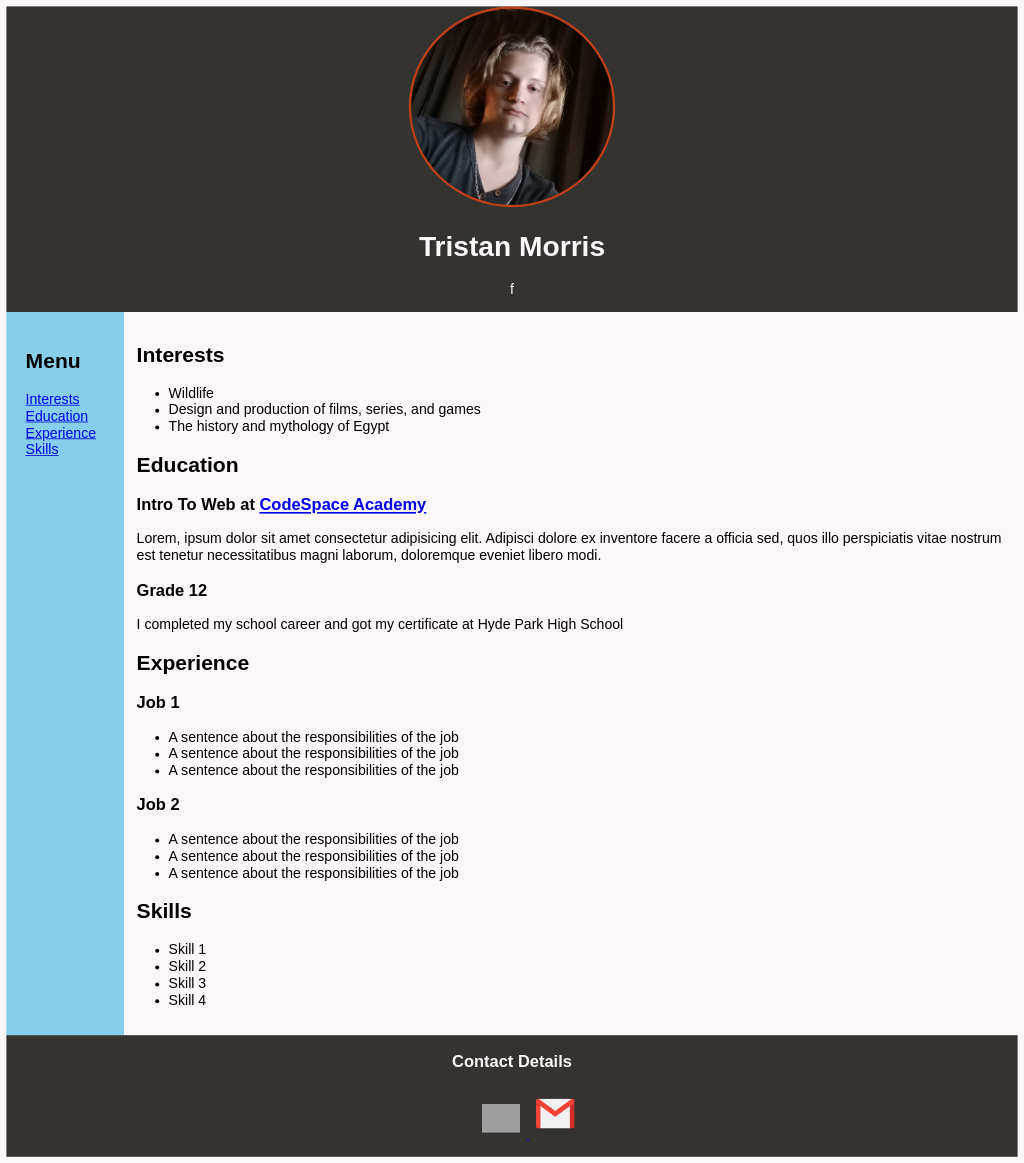
Repository: TristanKMorris/introToWebDesignAssignment
Page: resume.html
The author's editor kept a copy of each file at every save. The page is drawn from the files as they stood at one save, then again after the next save.
The browser window is 1280 px wide. The pictures show the whole page, at 80% of full size.
Pictures or frames that could not be fetched are drawn as grey boxes.

Above is the page before, as saved 2022-06-02 22:11:31.

After the next save:
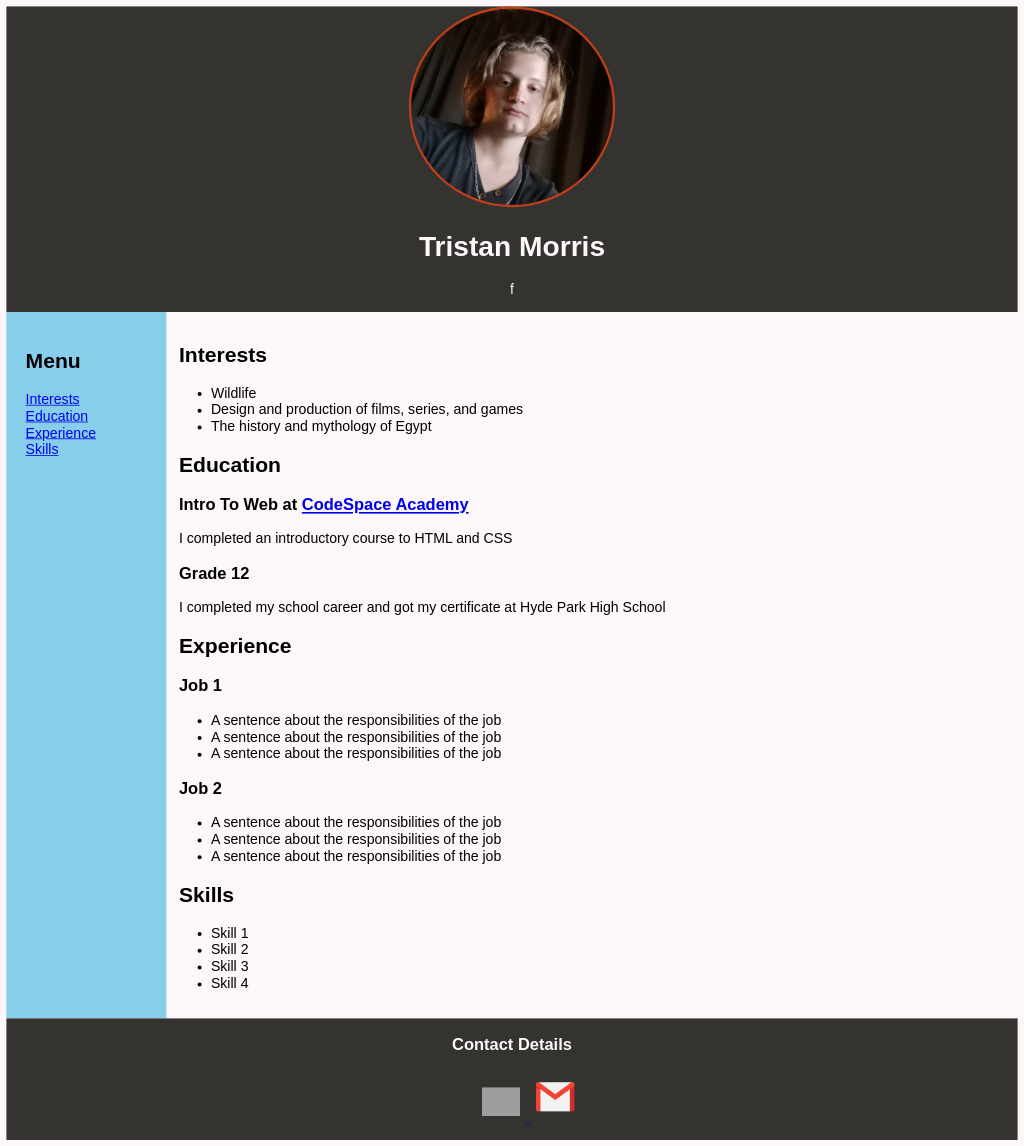
Saved 110 s later.
--- a/resume.html
+++ b/resume.html
@@ -54,9 +54,7 @@
             <h3>Intro To Web at <a href="http://codespace.co.za/" target="_blank">CodeSpace Academy</a> </h3>
 
              <p>
-               Lorem, ipsum dolor sit amet consectetur adipisicing elit. Adipisci dolore
-               ex inventore facere a officia sed, quos illo perspiciatis vitae nostrum
-               est tenetur necessitatibus magni laborum, doloremque eveniet libero modi.
+               I completed an introductory course to HTML and CSS
              </p>
 
             <h3>Grade 12</h3>
